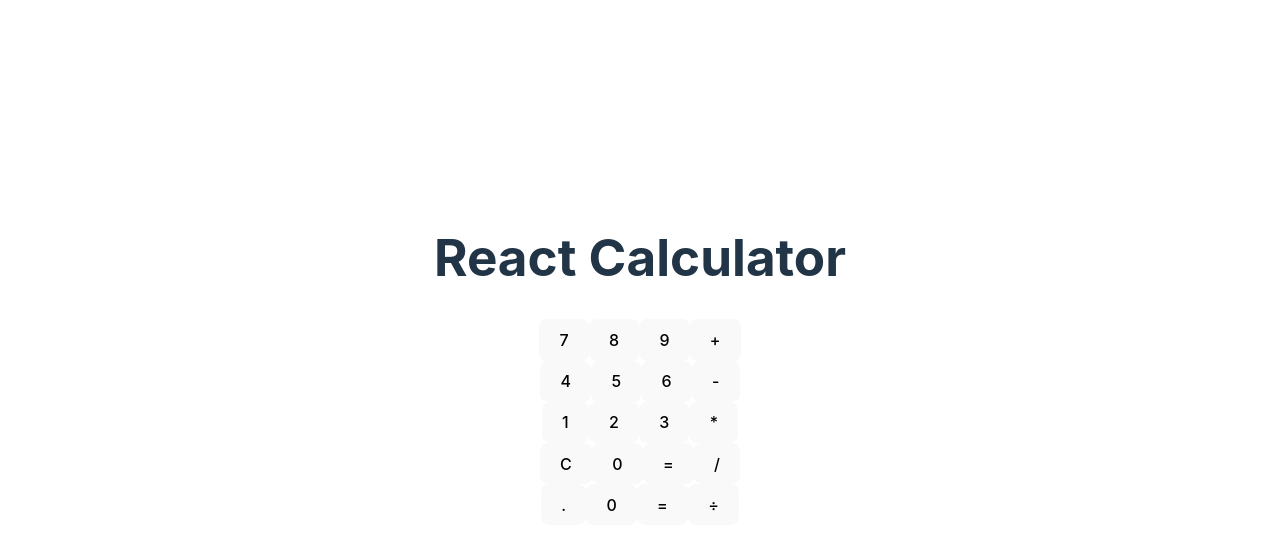
Repository: rajratangm/xcalculator
Page: /
An editor plug-in stored every save of this project. The page is shown before and after the next save, followed by the edit.
The browser window is 1280 px wide. The pictures show the whole page.
The project was rebuilt for these pictures with package versions that can differ from the ones it lists, and the page was loaded fresh each time. Also part of the build but not shown: vite.config.js.

Above is the page before, as saved 2024-04-02 18:13:17.

### src/App.jsx
import { useState } from 'react'

import './App.css'
import Keyboard from './Component/Keyboard'

function App() {
  const [count, setCount] = useState(0)

  return (
    <>
    <h1>
      React Calculator
    </h1>
    <Keyboard/>


    </>
  )
}

export default App

### src/Component/Keyboard.jsx
import React from 'react';


const Keyboard=()=>{

    return (
        <div>

           <button value="7" onClick={e =>  e.target.value}>7</button>
          <button value="8" onClick={e =>   e.target.value}>8</button>
          <button value="9" onClick={e =>   e.target.value}>9</button>
          <button value="+" onClick={e =>   e.target.value}>+</button><br/>



          <button value="4" onClick={e =>   e.target.value}>4</button>
          <button value="5" onClick={e =>   e.target.value}>5</button>
          <button value="6" onClick={e =>   e.target.value}>6</button>
          <button value="-" onClick={e =>   e.target.value}>-</button><br/>

          <button value="1" onClick={e =>   e.target.value}>1</button>
          <button value="2" onClick={e =>   e.target.value}>2</button>
          <button value="3" onClick={e =>   e.target.value}>3</button>
          <button value="*" onClick={e =>   e.target.value}>*</button><br/>




          <button value="C" onClick={e =>   e.target.value}>C</button>
          <button value="zero" onClick={e =>   e.target.value}>0</button>
          <button value="=" onClick={e =>   e.target.value}>=</button>
          <button value="/" onClick={e =>   e.target.value}>/</button><br/>









          <button value="." onClick={e =>   e.target.value}>.</button>
          <button value="0" onClick={e =>   e.target.value}>0</button>
          <button value="=" onClick={e =>   e.target.value}>=</button>
          <button value="/" onClick={e =>   e.target.value}>÷</button><br/>
        </div>
      )
}


export default Keyboard;

Loaded but not shown: index.html (common file); src/main.jsx (common file); src/index.css (common file); src/App.css (common file)

After the next save:
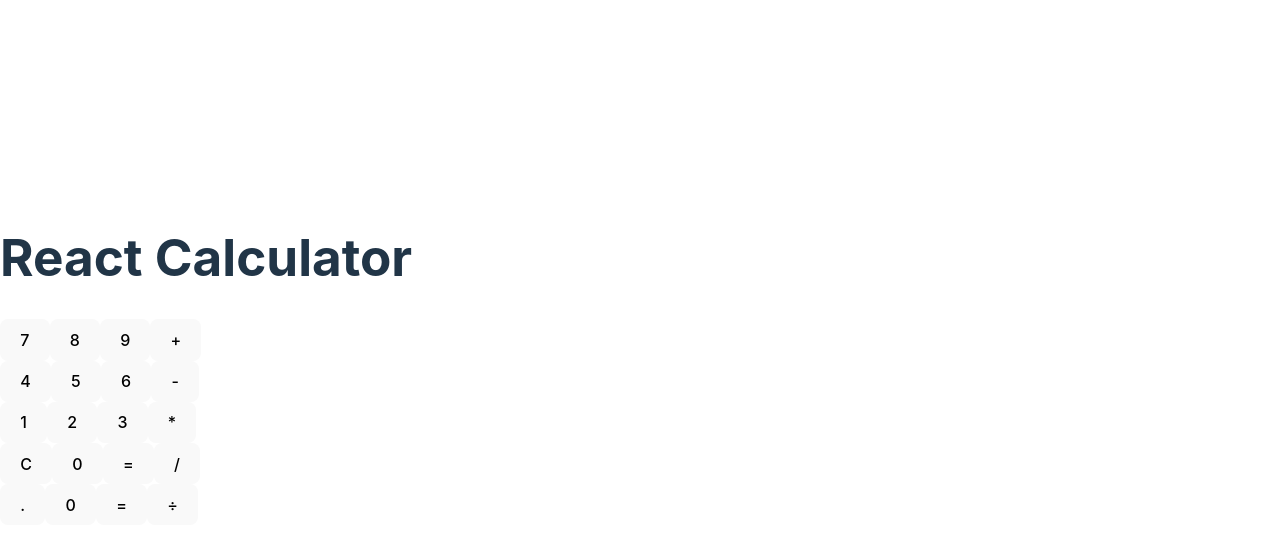
Saved 23 s later.
--- a/src/App.jsx
+++ b/src/App.jsx
@@ -1,6 +1,6 @@
 import { useState } from 'react'
 
-import './App.css'
+// import './App.css'
 import Keyboard from './Component/Keyboard'
 
 function App() {
